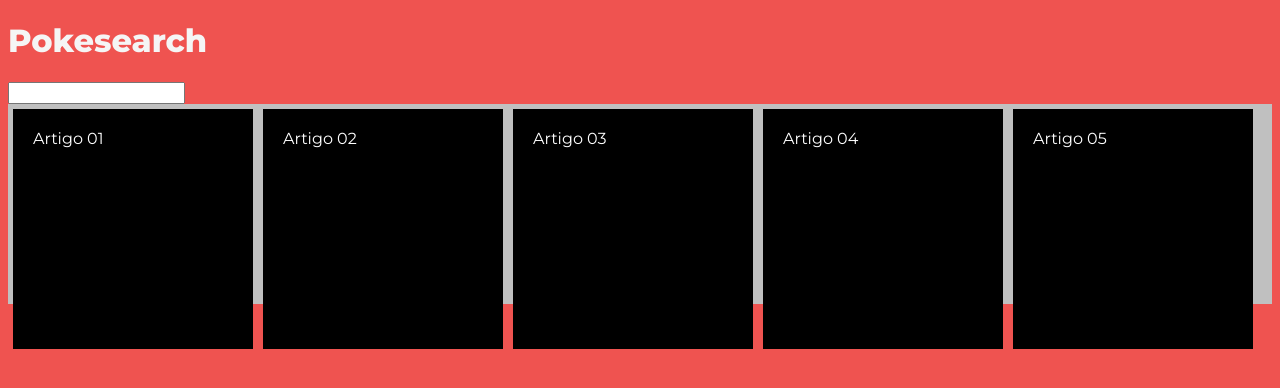
Repository: byjuliogomes/pokebyte
Page: index.html
These files come from the project's save history. The page is drawn as it stood at one moment and after the next save; the edit follows.
The browser window is 1280 px wide. The pictures show the whole page.

Above is the page before, as saved 2020-06-03 23:39:56.

After the next save:
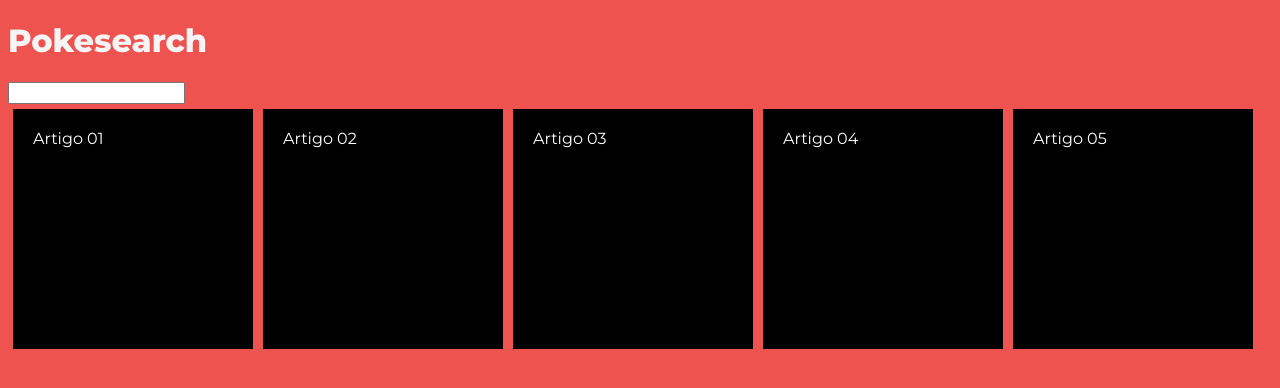
Saved 21 s later.
--- a/app.css
+++ b/app.css
@@ -8,7 +8,6 @@
 }
 
 .container {
-    background-color: silver;
     height: 200px;
     display: flex;
     flex-wrap: wrap;
